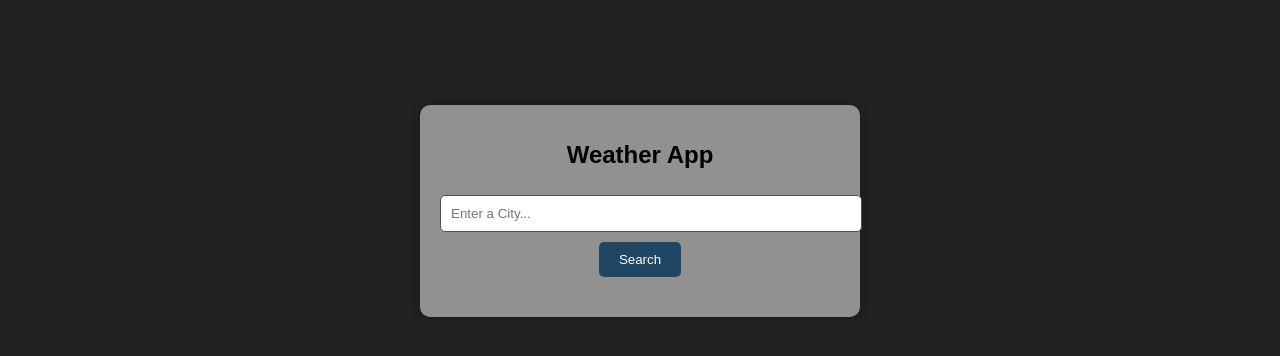
Repository: Dharshinimk-521/weather-app
Page: index.html
The author's editor kept a copy of each file at every save. The page is drawn from the files as they stood at one save, then again after the next save.
The browser window is 1280 px wide. The pictures show the whole page.

Above is the page before, as saved 2026-04-18 17:25:16.

### index.html
<!DOCTYPE html>
<html lang = "en">
    <head>
        <meta charset="UTF-8">
        <meta name="viewport" content="width=device-width,inital-cale=1.0">
        <title>Weather App</title>
        <link rel="stylesheet" href="style.css">
        <script src="script.js" defer></script>
    </head>
    <body>
        <div class="container">
            <h1>Weather App</h1>
            <input type="text" id="locationinput" placeholder="Enter a City...">
            <button id="searchbtn">Search</button>
            <div class="weather-info">
                <h2 id="location"></h2>
                <p id="temp"></p>
                <p id="desc"></p>
            </div>
        </div>
    </body>

### style.css
body {
    font-family: Arial, sans-serif;
    background-color: #222222;
}

.container {
    max-width: 400px;
    margin: 0 auto;
    text-align: center;
    padding: 20px;
    background-color: rgba(255, 255, 255, 0.5); /* Set the background color to be transparent */
    border-radius: 10px;
    box-shadow: 0 0 10px rgba(0, 0, 0, 0.3); /* Adjust the alpha value here for the box shadow transparency */
    margin-top: 105px;

}

h1 {
    font-size: 24px;
}

input[type="text"] {
    width: 100%;
    padding: 10px;
    margin: 10px 0px;
    border: 1px solid #5b4c4c;
    border-radius: 5px;
}

button {
    background-color: #214664;
    color: #fff;
    border: none;
    padding: 10px 20px;
    border-radius: 5px;
    cursor: pointer;
}

.weather-info {
    margin-top: 20px;
}

Loaded but not shown: script.js (no copy from this time; the picture is the same without it)

After the next save:
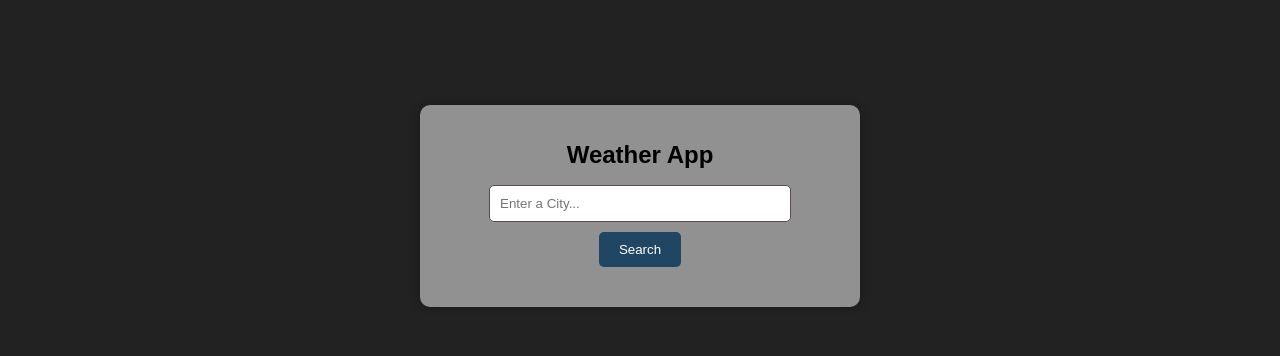
Saved 102 s later.
--- a/style.css
+++ b/style.css
@@ -20,9 +20,10 @@ h1 {
 }
 
 input[type="text"] {
-    width: 100%;
+    width: 70%;
+    display:block;
     padding: 10px;
-    margin: 10px 0px;
+    margin: 10px auto;
     border: 1px solid #5b4c4c;
     border-radius: 5px;
 }
